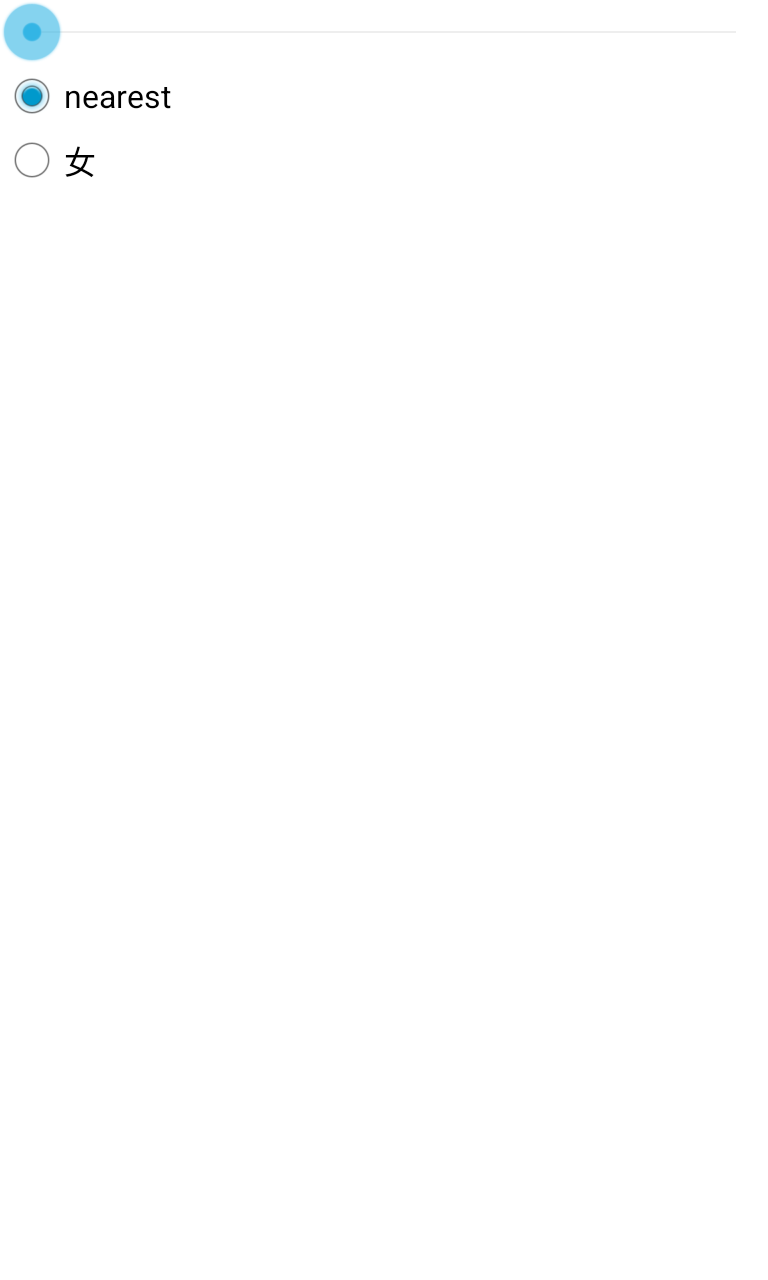
Repository: qhyuan1992/OpenGL-ES
Layout: OpenGlES_Texture2/res/layout/activity_main.xml
The author's editor kept a copy of each file at every save. The layout is drawn from the files as they stood at one save, then again after the next save.
It is drawn on a 768 x 1280 px phone screen (xhdpi) without system bars, with theme AppTheme; the app's code is not run.

Above is the layout before, as saved 2016-10-31 05:56:35.

After the next save:
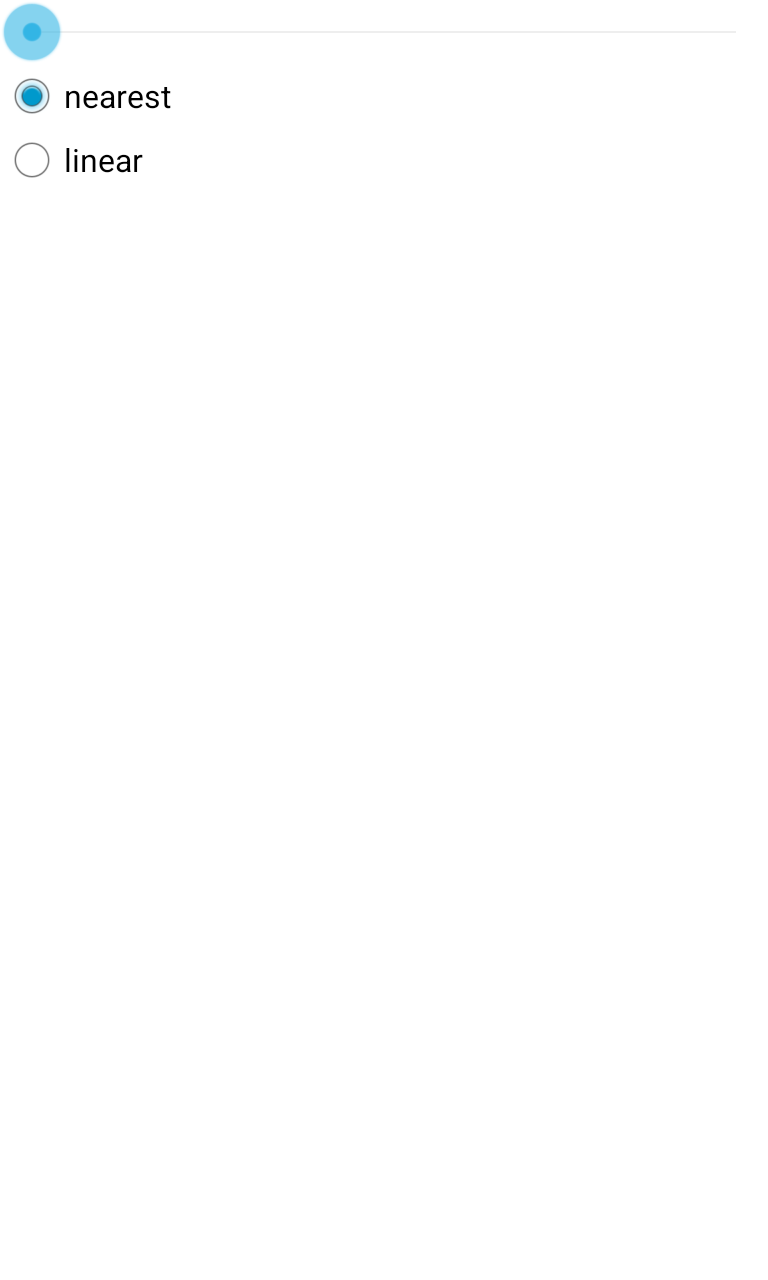
Saved 12 s later.
--- a/OpenGlES_Texture2/res/layout/activity_main.xml
+++ b/OpenGlES_Texture2/res/layout/activity_main.xml
@@ -30,7 +30,7 @@
             android:id="@+id/radioFemale"
             android:layout_width="wrap_content"
             android:layout_height="wrap_content"
-            android:text="女" >
+            android:text="linear" >
         </RadioButton>
     </RadioGroup>
 
